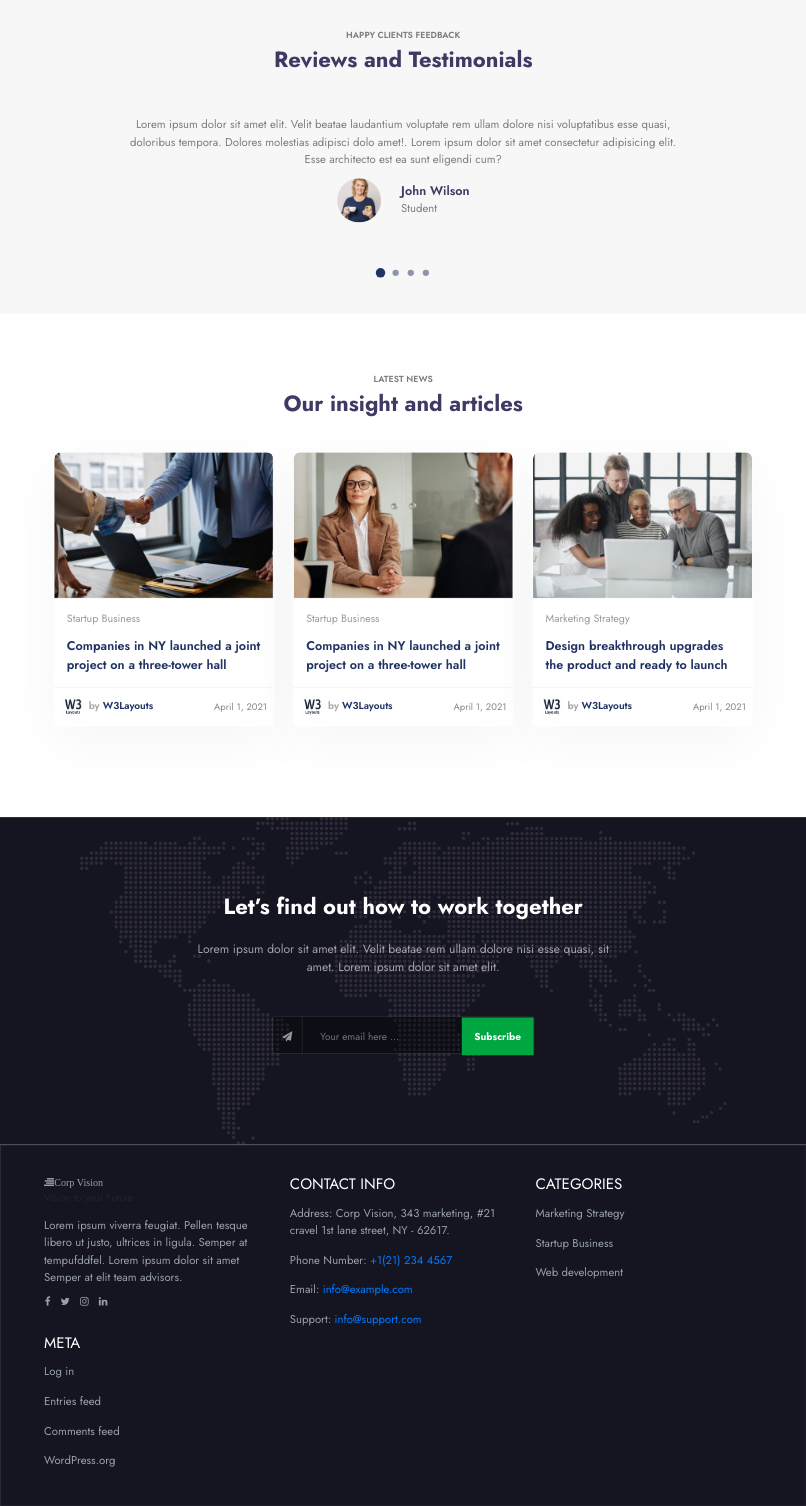
Repository: khaipnp/corpvision
Page: index.html
The author's editor kept a copy of each file at every save. The page is drawn from the files as they stood at one save, then again after the next save.
The browser window is 1280 px wide. The pictures show the whole page, at 63% of full size.

Above is the page before, as saved 2021-07-04 14:12:53.

### index.html
<!DOCTYPE html>
<html lang="en">
  <head>
    <meta charset="UTF-8" />
    <meta http-equiv="X-UA-Compatible" content="IE=edge" />
    <meta name="viewport" content="width=device-width, initial-scale=1.0" />
    <title>Corpvision</title>
    <meta name="description" content="Corpvision Website" />
    <!-- FONT-GOOGLE -->
    <link rel="preconnect" href="https://fonts.gstatic.com" />
    <link
      href="https://fonts.googleapis.com/css2?family=Jost:ital,wght@0,100;0,200;0,300;0,400;0,500;0,600;0,700;0,800;0,900;1,400&display=swap"
      rel="stylesheet"
    />
    <!-- FONT-AWSOME -->
    <link
      rel="stylesheet"
      href="https://cdnjs.cloudflare.com/ajax/libs/font-awesome/5.15.3/css/all.min.css"
      integrity="sha512-iBBXm8fW90+nuLcSKlbmrPcLa0OT92xO1BIsZ+ywDWZCvqsWgccV3gFoRBv0z+8dLJgyAHIhR35VZc2oM/gI1w=="
      crossorigin="anonymous"
      referrerpolicy="no-referrer"
    />
    <link rel="stylesheet" href="./css/font-awesome.min.css" />
    <!-- OWL CAROUSEL -->
    <link
      rel="stylesheet"
      href="https://cdnjs.cloudflare.com/ajax/libs/OwlCarousel2/2.3.4/assets/owl.carousel.min.css"
      integrity="sha512-tS3S5qG0BlhnQROyJXvNjeEM4UpMXHrQfTGmbQ1gKmelCxlSEBUaxhRBj/EFTzpbP4RVSrpEikbmdJobCvhE3g=="
      crossorigin="anonymous"
      referrerpolicy="no-referrer"
    />
    <link
      rel="stylesheet"
      href="https://cdnjs.cloudflare.com/ajax/libs/OwlCarousel2/2.3.4/assets/owl.theme.default.css"
      integrity="sha512-OTcub78R3msOCtY3Tc6FzeDJ8N9qvQn1Ph49ou13xgA9VsH9+LRxoFU6EqLhW4+PKRfU+/HReXmSZXHEkpYoOA=="
      crossorigin="anonymous"
      referrerpolicy="no-referrer"
    />
    <!-- BOOTSTRAP -->
    <link
      rel="stylesheet"
      href="https://cdn.jsdelivr.net/npm/bootstrap@4.6.0/dist/css/bootstrap.min.css"
      integrity="sha384-B0vP5xmATw1+K9KRQjQERJvTumQW0nPEzvF6L/Z6nronJ3oUOFUFpCjEUQouq2+l"
      crossorigin="anonymous"
    />
    <!-- MAIN CSS -->
    <link rel="stylesheet" href="./css/main.css" />
  </head>
  <body>
    <header></header>
    <section class="feedback">
      <div class="feedback__content py-5">
        <div class="container">
          <h5 class="small-title col-12 text-center">Happy clients Feedback</h5>
          <h3 class="big-title col-12 text-center">Reviews and Testimonials</h3>
          <div class="testimonials owl-carousel owl-theme">
            <div class="testimonials__item">
              <p class="text-center col-12">
                Lorem ipsum dolor sit amet elit. Velit beatae laudantium
                voluptate rem ullam dolore nisi voluptatibus esse quasi,
                doloribus tempora. Dolores molestias adipisci dolo amet!. Lorem
                ipsum dolor sit amet consectetur adipisicing elit. Esse
                architecto est ea sunt eligendi cum?
              </p>
              <div
                class="
                  testimonials__desc
                  row
                  align-items-center
                  justify-content-center
                "
              >
                <div class="avatar mr-3">
                  <img src="./img/team1.jpg" alt="team 1" />
                </div>
                <div class="name ml-3">
                  <h3>John Wilson</h3>
                  <p>Student</p>
                </div>
              </div>
            </div>
            <div class="testimonials__item">
              <p class="text-center col-12">
                Lorem ipsum dolor sit amet elit. Velit beatae laudantium
                voluptate rem ullam dolore nisi voluptatibus esse quasi,
                doloribus tempora. Dolores molestias adipisci dolo amet!. Lorem
                ipsum dolor sit amet consectetur adipisicing elit. Esse
                architecto est ea sunt eligendi cum?
              </p>
              <div
                class="
                  testimonials__desc
                  row
                  align-items-center
                  justify-content-center
                "
              >
                <div class="avatar mr-3">
                  <img src="./img/team2.jpg" alt="team 2" />
                </div>
                <div class="name ml-3">
                  <h3>Julia Sakura</h3>
                  <p>Student</p>
                </div>
              </div>
            </div>
            <div class="testimonials__item">
              <p class="text-center col-12">
                Lorem ipsum dolor sit amet elit. Velit beatae laudantium
                voluptate rem ullam dolore nisi voluptatibus esse quasi,
                doloribus tempora. Dolores molestias adipisci dolo amet!. Lorem
                ipsum dolor sit amet consectetur adipisicing elit. Esse
                architecto est ea sunt eligendi cum?
              </p>
              <div
                class="
                  testimonials__desc
                  row
                  align-items-center
                  justify-content-center
                "
              >
                <div class="avatar mr-3">
                  <img src="./img/team3.jpg" alt="team 3" />
                </div>
                <div class="name ml-3">
                  <h3>Roy Linderson</h3>
                  <p>Student</p>
                </div>
              </div>
            </div>
            <div class="testimonials__item">
              <p class="text-center col-12">
                Lorem ipsum dolor sit amet elit. Velit beatae laudantium
                voluptate rem ullam dolore nisi voluptatibus esse quasi,
                doloribus tempora. Dolores molestias adipisci dolo amet!. Lorem
                ipsum dolor sit amet consectetur adipisicing elit. Esse
                architecto est ea sunt eligendi cum?
              </p>
              <div
                class="
                  testimonials__desc
                  row
                  align-items-center
                  justify-content-center
                "
              >
                <div class="avatar mr-3">
                  <img src="./img/team4.jpg" alt="team 4" />
                </div>
                <div class="name ml-3">
                  <h3>Smith Johnson</h3>
                  <p>Student</p>
                </div>
              </div>
            </div>
          </div>
        </div>
      </div>
    </section>
    <section class="news py-5">
      <div class="news__content py-5">
        <div class="container">
          <h5 class="small-title col-12 text-center">LATEST NEWS</h5>
          <h3 class="big-title col-12 text-center">Our insight and articles</h3>
          <div class="row py-5">
            <div class="news__item col-md-6 col-lg-4">
              <div class="news__card">
                <div class="card__thumbnail p-0 position-relative">
                  <img src="./img/blog1.jpg" alt="blog 1" />
                </div>
                <div class="card__content">
                  <p>Startup Business</p>
                  <a href="#">Companies in NY launched a joint project on a three-tower
                    hall</a>
                </div>
                <div class="card__footer">
                  <span><img src="./img/icon.jpeg" alt="" /> by <a href="#">W3Layouts</a></span>
                  <p>April 1, 2021</p>
                </div>
              </div>
            </div>
            <div class="news__item col-md-6 col-lg-4">
              <div class="news__card">
                <div class="card__thumbnail p-0 position-relative">
                  <img src="./img/blog2.jpg" alt="blog 1" />
                </div>
                <div class="card__content">
                  <p>Startup Business</p>
                  <a href="#">Companies in NY launched a joint project on a three-tower
                    hall</a>
                </div>
                <div class="card__footer">
                  <span><img src="./img/icon.jpeg" alt="" /> by <a href="#">W3Layouts</a></span>
                  <p>April 1, 2021</p>
                </div>
              </div>
            </div>
            <div class="news__item col-md-6 col-lg-4">
              <div class="news__card">
                <div class="card__thumbnail p-0 position-relative">
                  <img src="./img/blog3.jpg" alt="blog 1" />
                </div>
                <div class="card__content">
                  <p>Marketing Strategy</p>
                  <a href="#">Design breakthrough upgrades the product and ready to launch</a>
                </div>
                <div class="card__footer">
                  <span><img src="./img/icon.jpeg" alt="" /> by <a href="#">W3Layouts</a></span>
                  <p>April 1, 2021</p>
                </div>
              </div>
            </div>
          </div>
        </div>
      </div>
    </section>
    <div class="subscribe py-5">
      <div class="container">
        <div class="sub__box my-5 mx-auto align-items-center justify-content-center">
          <h3 class="big-title py-4 col-12 text-center">Let’s find out how to work together<h3>
          <p class="col-12 text-center">Lorem ipsum dolor sit amet elit. Velit beatae rem ullam dolore nisi esse quasi, sit amet. Lorem ipsum dolor sit amet elit.</p>
          <div class="input__email justify-content-center py-5">
            <form>
              <i class="fa fa-paper-plane"></i>
              <input type="email" placeholder="Your email here ...">
              <button>Subscribe</button>
            </form>
          </div>
        </div>
      </div>
    </div>
    <footer>
      <div class="footer__info container py-5 px-0">
        <div class="row">
          <div class="footer__content col-md-6 col-lg-4">
            <div class="logo__footer pb-3">
              <i class="fa fa-align-right">Corp Vision</i>
              <div class="slogan">Vision to your Future</div>
            </div>
            <p>Lorem ipsum viverra feugiat. Pellen tesque libero ut justo, ultrices in ligula. Semper at tempufddfel. Lorem ipsum dolor sit amet Semper at elit team advisors.</p>
            <div class="social__network row justify-content-start">
              <i class="fa fa-facebook pl-3"></i>
              <i class="fa fa-twitter pl-3"></i>
              <i class="fa fa-instagram pl-3"></i>
              <i class="fa fa-linkedin pl-3"></i>
            </div>
          </div>
          <div class="footer__content col-md-6 col-lg-4 mt-md-0 mt-5">
            <h4>CONTACT INFO</h4>
            <ul class="list-group list-group-flush">
              <li class="list-group-item">Address: Corp Vision, 343 marketing, #21 cravel 1st lane street, NY - 62617.</li>
              <li class="list-group-item">Phone Number: <a href="tel:+1212344567">+1(21) 234 4567</a></li>
              <li class="list-group-item">Email: <a href="mailto:">info@example.com</a></li>
              <li class="list-group-item">Support: <a href="mailto:">info@support.com</a></li>
            </ul>
          </div>
          <div class="footer__content col-md-6 col-lg-4 mt-lg-0 mt-5">
            <h4>CATEGORIES</h4>
            <ul class="list-group list-group-flush">
              <li class="list-group-item">Marketing Strategy</li>
              <li class="list-group-item">Startup Business</li>
              <li class="list-group-item">Web development</li>
            </ul>
          </div>
          <div class="footer__content col-md-6 col-lg-4 mt-lg-0 mt-5">
            <h4>META</h4>
            <ul class="list-group list-group-flush">
              <li class="list-group-item">Log in</li>
              <li class="list-group-item">Entries feed</li>
              <li class="list-group-item">Comments feed</li>
              <li class="list-group-item">WordPress.org</li>
            </ul>
          </div>
        </div>
      </div>
    </footer>
    <!-- SCRIPT -->
    <!-- BOOTSTRAP -->
    <script
      src="https://cdnjs.cloudflare.com/ajax/libs/jquery/3.6.0/jquery.js"
      integrity="sha512-n/4gHW3atM3QqRcbCn6ewmpxcLAHGaDjpEBu4xZd47N0W2oQ+6q7oc3PXstrJYXcbNU1OHdQ1T7pAP+gi5Yu8g=="
      crossorigin="anonymous"
      referrerpolicy="no-referrer"
    ></script>
    <script
      src="https://cdn.jsdelivr.net/npm/bootstrap@4.6.0/dist/js/bootstrap.bundle.min.js"
      integrity="sha384-Piv4xVNRyMGpqkS2by6br4gNJ7DXjqk09RmUpJ8jgGtD7zP9yug3goQfGII0yAns"
      crossorigin="anonymous"
    ></script>
    <!-- OWL CAROUSEL -->
    <script src="./js/owl.carousel.min.js"></script>
    <script>
      $(document).ready(function () {
        $(".owl-carousel").owlCarousel({
          navigation: false,
          slideSpeed: 300,
          paginationSpeed: 400,
          singleItem: true,
          items: 1,
          // itemsDesktop : false,
          // itemsDesktopSmall : false,
          // itemsTablet: false,
          // itemsMobile : false
        });
      });
    </script>
  </body>
</html>

### css/main.css
* {
  padding: 0;
  margin: 0;
  box-sizing: border-box;
}

html,
body {
  font-family: "Jost", sans-serif;
  background: #fff;
}

.small-title {
  color: #7e7d7d;
  font-size: 14px;
  font-weight: 600;
  text-transform: uppercase;
}

.big-title {
  color: #3f3a64;
  font-size: 35px;
  font-weight: 700;
}

/* FEEDBACK */
.feedback {
  background-color: #f7f7f7;
}

.testimonials__item {
  margin: 60px auto;
  display: block;
  max-width: 900px;
  height: auto;
}

.testimonials__item p {
  color: #7e7d7d;
  font-size: 18px;
  line-height: 28px;
}

.testimonials__desc .avatar {
  width: 70px;
  height: 70px;
  overflow: hidden;
  border-radius: 50%;
}

.testimonials__desc .avatar img {
  width: 100%;
  height: 100%;
  object-fit: cover;
}

.name h3 {
  font-size: 20px;
  margin: 0;
  font-weight: 600;
  color: #3f3a64;
}
.name p {
  font-style: normal;
  margin-bottom: 0;
}

.owl-theme .owl-dots .owl-dot.active span,
.owl-theme .owl-dots .owl-dot span {
  background: rgba(33, 51, 100, 0.5);
  transform: scale(1);
  transition: all 0.5s;
}

.owl-theme .owl-dots .owl-dot.active span,
.owl-theme .owl-dots .owl-dot:hover span {
  background: #213364 !important;
  transform: scale(1.5);
}

/* NEWS */
.news__card {
  background-color: #fff;
  box-shadow: 0 25px 98px 0 rgb(0 0 0 / 4%);
  border: 1px solid transparent;
  border-radius: 10px;
}

.card__thumbnail {
  overflow: hidden;
  border-radius: 10px 10px 0 0;
}

.card__thumbnail img {
  width: 100%;
  border-radius: 10px 10px 0 0;
  object-fit: cover;
  cursor: pointer;
  transition: all 0.5s;
}

.card__thumbnail img:hover {
  transform: scale(1.15);
}

.card__content {
  padding: 20px;
}

.card__content p {
  color: #999;
  font-size: 17px;
  font-weight: 400;
}

.card__content a {
  text-decoration: none;
  color: #213364;
  font-size: 20px;
  font-weight: 600;
  transition: all 0.5s;
  cursor: pointer;
}

.card__content a:hover {
  color: #00a63f;
}

.card__footer {
  display: flex;
  justify-content: space-between;
  align-items: center;
  border-top: 1px solid rgba(126, 125, 125, 0.1);
  padding: 10px;
}

.card__footer a {
  color: #213364;
  font-size: 1rem;
  font-weight: 600;
  cursor: pointer;
  transition: all 0.5s;
  text-decoration: none;
}

.card__footer a:hover {
  color: #00a63f;
}

.card__footer img {
  cursor: pointer;
}

.card__footer span {
  color: rgb(102, 102, 102, 0.6);
  font-weight: 600;
}

.card__footer p {
  margin-bottom: 0;
  font-size: 15px;
  color: rgb(102, 102, 102, 0.8);
}

/* SUBCRIBE */
.subscribe {
  background-image: url(../img/map.png);
  background-color: #151421;
  background-size: contain;
  background-repeat: no-repeat;
  background-position: center;
}

.sub__box {
  max-width: 700px;
}

.sub__box .big-title {
  color: #fff;
}

.sub__box p {
  font-size: 1.2rem;
  color: rgba(255, 255, 255, 0.6);
  line-height: 1.5;
  font-weight: 400;
}

.input__email {
  display: flex;
}

.input__email form {
  border: 1px solid rgb(255, 255, 255, 0.15);
  border-radius: 5px;
  height: 60px;
  background: rgb(0, 0, 0, 0.35);
  max-width: 550px;
}

.input__email input {
  color: #999;
  padding: 20px 20px;
  border: none;
  font-size: 1rem;
  outline: none;
  background: none;
}

.input__email button {
  background-color: #00a63f;
  color: #fff;
  height: 60px;
  padding: 0 20px;
  border: none;
  font-size: 1rem;
  font-weight: 700;
  line-height: 60px;
  text-align: center;
}

.input__email i {
  text-align: center;
  color: #999;
  font-size: 1rem;
  border-right: 1px solid rgb(255, 255, 255, 0.15);
  line-height: 60px;
  padding: 0 15px;
}

/* FOOTER */

footer {
  background-color: #151421;
  border: 1px solid rgb(255, 255, 255, 0.15);
}

.footer__content p {
  color: #97a1a9;
  font-size: 18px;
  line-height: 28px;
}

.footer__content a {
  text-decoration: none !important;
}

.footer__content i {
  color: #97a1a9;
}

.footer__content h4 {
  color: #fefefe;
  font-weight: normal;
}

.footer__content .list-group-item {
  background-color: transparent !important;
  color: #97a1a9;
  border: none !important;
  font-size: 18px;
  padding: 10px 0 !important;
}

Loaded but not shown: css/font-awesome.min.css (library); js/owl.carousel.min.js (library)

After the next save:
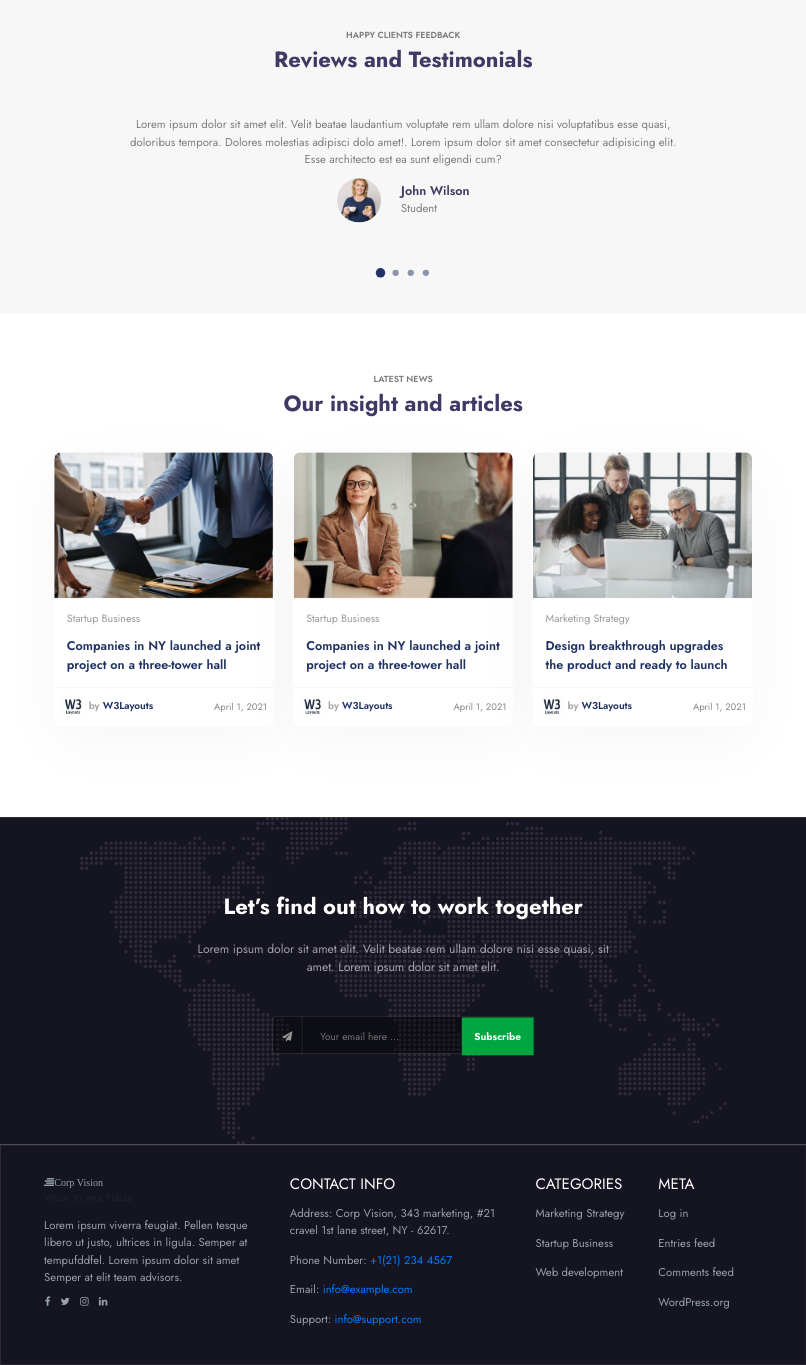
Saved 5 min 6 s later.
--- a/index.html
+++ b/index.html
@@ -255,7 +255,7 @@
               <li class="list-group-item">Support: <a href="mailto:">info@support.com</a></li>
             </ul>
           </div>
-          <div class="footer__content col-md-6 col-lg-4 mt-lg-0 mt-5">
+          <div class="footer__content col-md-6 col-lg-2 mt-lg-0 mt-5">
             <h4>CATEGORIES</h4>
             <ul class="list-group list-group-flush">
               <li class="list-group-item">Marketing Strategy</li>
@@ -263,7 +263,7 @@
               <li class="list-group-item">Web development</li>
             </ul>
           </div>
-          <div class="footer__content col-md-6 col-lg-4 mt-lg-0 mt-5">
+          <div class="footer__content col-md-6 col-lg-2 mt-lg-0 mt-5">
             <h4>META</h4>
             <ul class="list-group list-group-flush">
               <li class="list-group-item">Log in</li>
